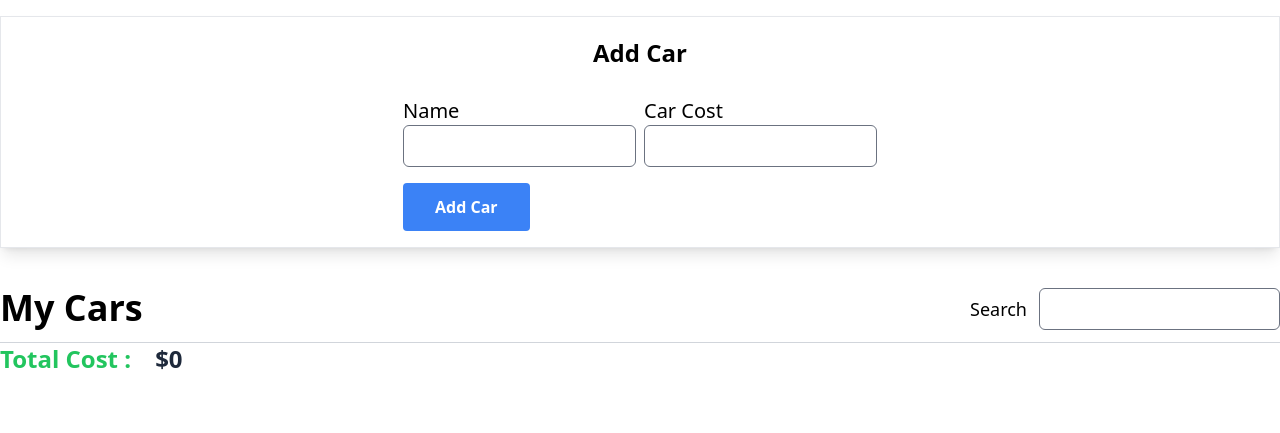
Repository: Marhamat92/carsappreduxtoolkit
Page: /
These files come from the project's save history. The page is drawn as it stood at one moment and after the next save; the edit follows.
The browser window is 1280 px wide. The pictures show the whole page.
The project was rebuilt for these pictures with package versions that can differ from the ones it lists, and the page was loaded fresh each time.

Above is the page before, as saved 2023-01-24 00:46:44.

After the next save:
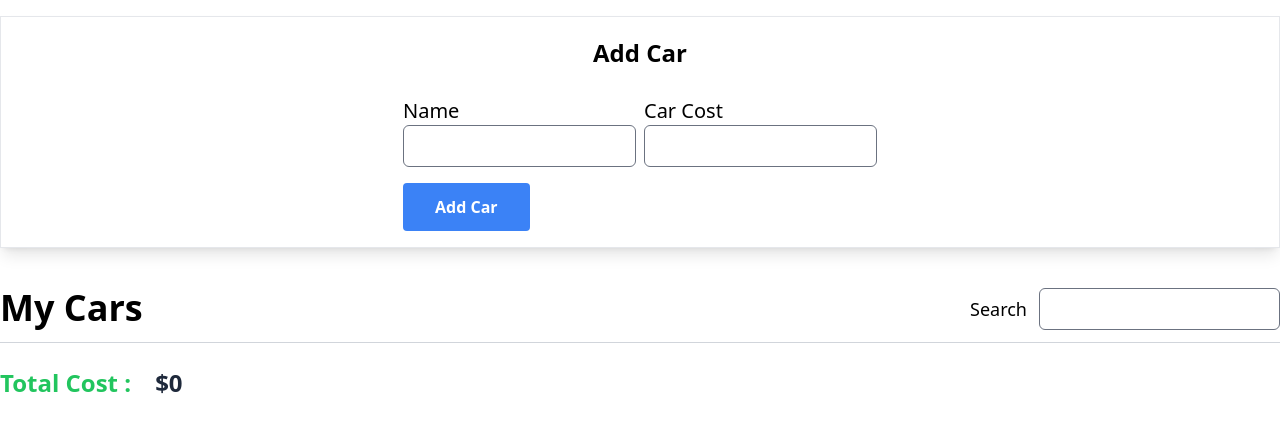
Saved 33 s later.
--- a/src/components/CarValue.js
+++ b/src/components/CarValue.js
@@ -12,7 +12,7 @@ function CarValue() {
 
 
   return (
-    <div className='flex  space-x-6'>
+    <div className='flex  space-x-6 mt-6'>
       <h1 className='text-2xl font-bold text-green-500' >Total Cost :</h1>
       <h1 className='text-2xl font-bold text-slate-800'>${totalCost}</h1>
     </div>
